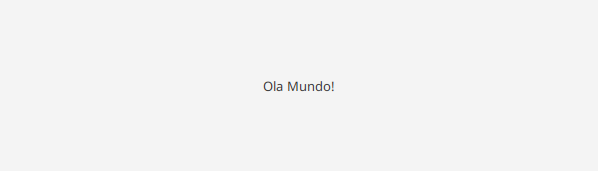
Repository: anxoportela/PROG
Program's window: java Java_Interfaz/ProyectoJavaFX/src/com/acarballeira/javaFX/ejemplo3/App.java
An editor plug-in stored every save of this project. The program's window is shown before and after the next save, followed by the edit.
It runs on Java 21 on a 1366 x 768 screen with JavaFX 11; the title bar is not drawn.

Above is the program's window before, as saved 2020-03-04 19:57:04.

### Java_Interfaz/ProyectoJavaFX/src/com/acarballeira/javaFX/ejemplo3/App.java
package com.acarballeira.javaFX.ejemplo3;

import javafx.application.Application;
import javafx.geometry.Pos;
import javafx.scene.Scene;
import javafx.scene.control.Button;
import javafx.scene.control.Label;
import javafx.scene.layout.HBox;
import javafx.stage.Stage;

public class App extends Application {
	 @Override
	 public void start(Stage primaryStage) {

	 primaryStage.setTitle("Ola Mundo!!!");
	 primaryStage.setWidth(600);
	 primaryStage.setHeight(200);
	 primaryStage.setResizable(false);

	 HBox hbox = new HBox();
	 hbox.setSpacing(10);
	 Button btn1 = new Button("1");
	 Button btn2 = new Button("2");
	 Button btn3 = new Button("3");
	 Button btn4 = new Button("4");
	 hbox.getChildren().addAll(btn1, btn2, btn3, btn4);


	 Label etiqueta = new Label("Ola Mundo!");
	 etiqueta.setAlignment(Pos.CENTER);

	 Scene primaryScene = new Scene(etiqueta);
	 primaryStage.setScene(primaryScene);
	 primaryStage.show();

	 }
	 public static void main(String[] args) {
	 Application.launch();
	 }
	}

After the next save:
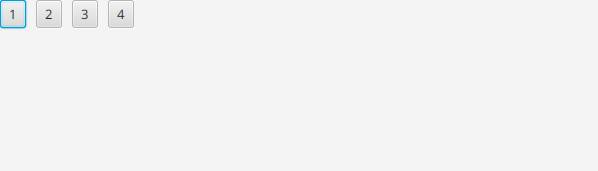
Saved 20 s later.
--- a/Java_Interfaz/ProyectoJavaFX/src/com/acarballeira/javaFX/ejemplo3/App.java
+++ b/Java_Interfaz/ProyectoJavaFX/src/com/acarballeira/javaFX/ejemplo3/App.java
@@ -29,7 +29,7 @@
 	 Label etiqueta = new Label("Ola Mundo!");
 	 etiqueta.setAlignment(Pos.CENTER);
 
-	 Scene primaryScene = new Scene(etiqueta);
+	 Scene primaryScene = new Scene(hbox);
 	 primaryStage.setScene(primaryScene);
 	 primaryStage.show();
 
